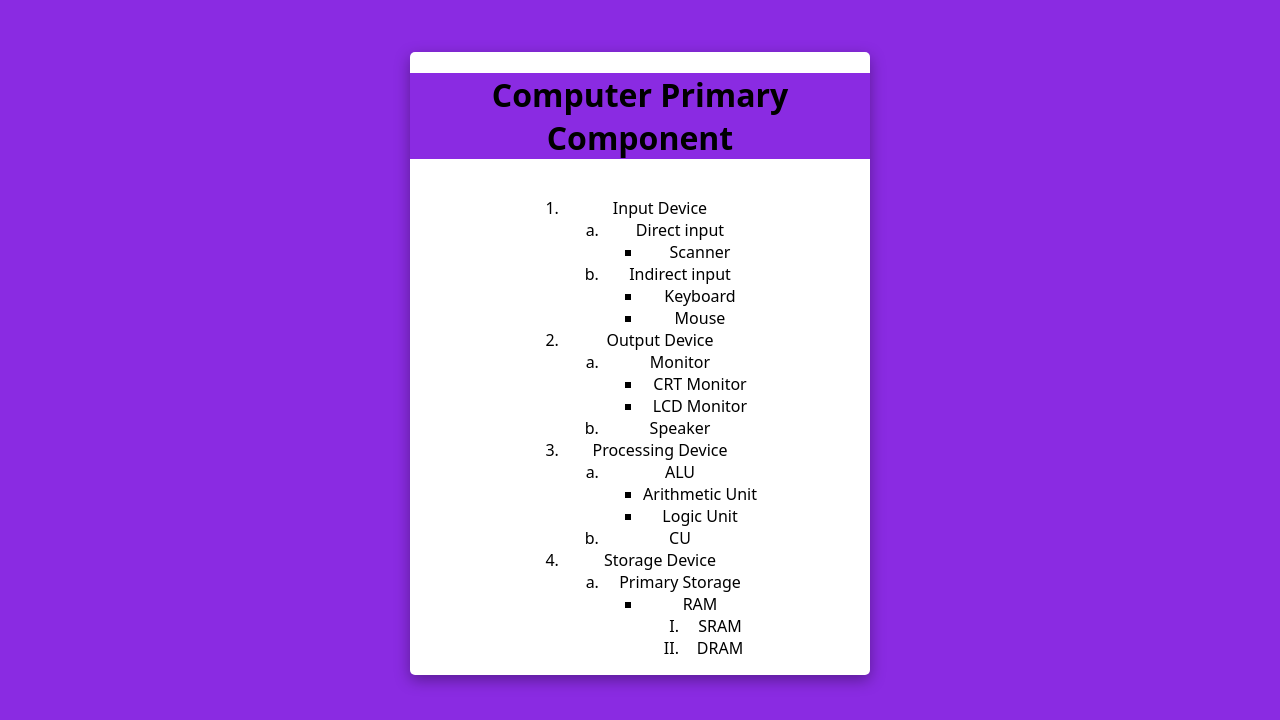
Repository: SharonSebastian32/Nested_List_in_html
Page: index.html
These files come from the project's save history. The page is drawn as it stood at one moment and after a run of saves; the edit follows.
The browser window is 1280 px wide. The pictures show the whole page.

Above is the page before, as saved 2024-09-01 08:11:55.

After the next 2 saves:
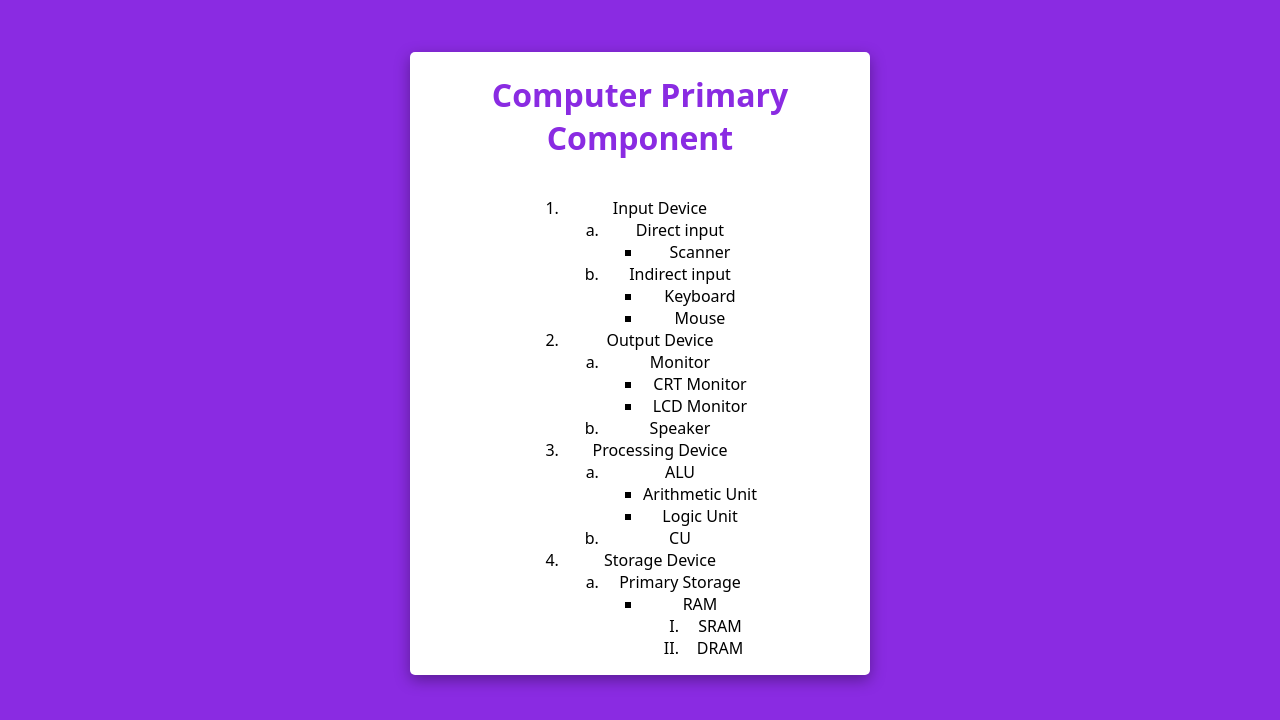
The 2 saves are shown as one change because they came seconds apart.
The last was saved 9 s later.
--- a/index.html
+++ b/index.html
@@ -25,7 +25,7 @@
           box-shadow: rgba(0, 0, 0, 0.35) 0px 5px 15px;
         "
       >
-        <h1 style="background-color: blueviolet;">Computer Primary Component</h1>
+        <h1 style="color: blueviolet;">Computer Primary Component</h1>
         <ol>
           <li>Input Device</li>
           <ol type="a">
